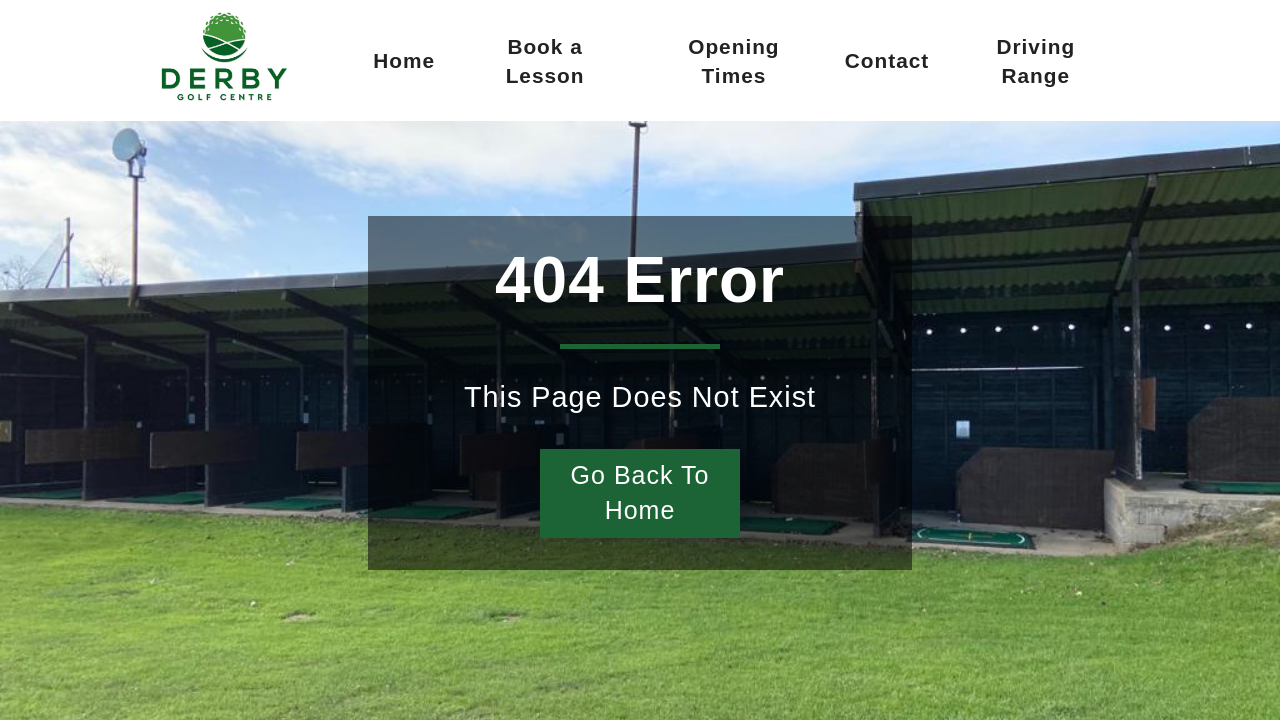
Repository: frankinstyyn/nigeljamesconsulting
Page: /contact
These files come from the project's save history. The page is drawn as it stood at one moment and after the next save; the edit follows.
The browser window is 1280 px wide. The pictures show the whole page.
Some web fonts or font styles are not loaded; a fallback is used. The project was rebuilt for these pictures with package versions that can differ from the ones it lists, and the page was loaded fresh each time. Also part of the build but not shown: src/pages/Home.js, src/pages/Lesson.js, src/pages/SingleRoom.js.

Above is the page before, as saved 2021-01-07 23:43:03.

### public/index.html
<!DOCTYPE html>
<html lang="en">
  <head>
    <meta charset="utf-8" />
    <link rel="icon" href="%PUBLIC_URL%/favicon.ico" />
    <meta name="viewport" content="width=device-width, initial-scale=1" />
    <meta name="theme-color" content="#000000" />
    <meta
      name="description"
      content="Web site created using create-react-app"
    />
    <link rel="apple-touch-icon" href="%PUBLIC_URL%/logo192.png" />
    <!--
      manifest.json provides metadata used when your web app is installed on a
      user's mobile device or desktop. See https://developers.google.com/web/fundamentals/web-app-manifest/
    -->
    <link rel="manifest" href="%PUBLIC_URL%/manifest.json" />
    <!--
      Notice the use of %PUBLIC_URL% in the tags above.
      It will be replaced with the URL of the `public` folder during the build.
      Only files inside the `public` folder can be referenced from the HTML.

      Unlike "/favicon.ico" or "favicon.ico", "%PUBLIC_URL%/favicon.ico" will
      work correctly both with client-side routing and a non-root public URL.
      Learn how to configure a non-root public URL by running `npm run build`.
    -->
    <title>Derby Golf Centre</title>
  </head>
  <body>
    <noscript>You need to enable JavaScript to run this app.</noscript>
    <div id="root"></div>
    <!--
      This HTML file is a template.
      If you open it directly in the browser, you will see an empty page.

      You can add webfonts, meta tags, or analytics to this file.
      The build step will place the bundled scripts into the <body> tag.

      To begin the development, run `npm start` or `yarn start`.
      To create a production bundle, use `npm run build` or `yarn build`.
    -->
  </body>
</html>

### src/index.js
import React from "react";
import ReactDOM from "react-dom";
import "./index.css";
import { BrowserRouter as Router } from "react-router-dom";
import App from "./App";
import reportWebVitals from "./reportWebVitals";

ReactDOM.render(
  <Router>
    <App />
  </Router>,
  document.getElementById("root")
);

// If you want to start measuring performance in your app, pass a function
// to log results (for example: reportWebVitals(console.log))
// or send to an analytics endpoint. Learn more: https://bit.ly/CRA-vitals
reportWebVitals();

### src/index.css
@import url("https://fonts.googleapis.com/css2?family=Darker+Grotesque:wght@300;800&display=swap");

body {
  margin: 0;
  font-family: -apple-system, BlinkMacSystemFont, "Segoe UI", "Roboto", "Oxygen",
    "Ubuntu", "Cantarell", "Fira Sans", "Droid Sans", "Helvetica Neue",
    sans-serif;
  -webkit-font-smoothing: antialiased;
  -moz-osx-font-smoothing: grayscale;
}

code {
  font-family: source-code-pro, Menlo, Monaco, Consolas, "Courier New",
    monospace;
}

### src/App.js
import "./App.css";
import Home from "./pages/Home";
import Lesson from "./pages/Lesson";
import SingleRoom from "./pages/SingleRoom";
import Error from "./pages/Error";

import { Route, Switch } from "react-router-dom";

import Navbar from "./components/Navbar";

function App() {
  return (
    <>
      <Navbar />
      <Switch>
        <Route exact path="/" component={Home} />
        <Route exact path="/lesson" component={Lesson} />
        <Route exact path="/lesson/:slug" component={SingleRoom} />
        <Route component={Error} />
      </Switch>
    </>
  );
}

export default App;

### src/App.css
* {
  margin: 0;
  padding: 0;
  box-sizing: border-box;
  font-family: "Darker Grotesque", sans-serif;
}
:root {
  --primaryColor: #1c6435;
  --mainWhite: #fff;
  --offWhite: #f7f7f7;
  --mainBlack: #222;
  --mainGrey: #ececec;
  --darkGrey: #cfcfcf;
  --mainTransition: all 0.3s linear;
  --mainSpacing: 1px;
  --lightShadow: 2px 5px 3px 0px rgba(0, 0, 0, 0.5);
  --darkShadow: 4px 10px 5px 0px rgba(0, 0, 0, 0.5);
}
/* globals */
body {
  padding-top: 66px;
  color: var(--mainBlack);
  background: var(--mainWhite);
  font-family: Verdana, Geneva, Tahoma, sans-serif;
  line-height: 1.4;
}
h1 {
  font-size: 3em;
  line-height: 1;
  margin-bottom: 0.5em;
}
h2 {
  font-size: 2em;
  margin-bottom: 0.75em;
}
h3 {
  font-size: 1.5em;
  line-height: 1;
  margin-bottom: 1em;
}
h4 {
  font-size: 1.2em;
  line-height: 1.25;
  margin-bottom: 1.25em;
}
h5 {
  font-size: 1em;
  font-weight: bold;
  margin-bottom: 1.5em;
}
h6 {
  font-size: 1em;
  font-weight: bold;
  margin-bottom: 1.5em;
}

.btn-primary {
  display: inline-block;
  text-decoration: none;
  letter-spacing: var(--mainSpacing);
  color: var(--mainWhite);
  background: var(--primaryColor);
  padding: 0.4rem 0.9rem;
  border: 3px solid var(--primaryColor);
  transition: var(--mainTransition);
  /* text-transform: uppercase; */
  cursor: pointer;
  width: 200px;
  font-size: 25px;
}
.btn-primary:hover {
  background: transparent;
  color: var(--primaryColor);
}
.loading {
  text-transform: capitalize;
  text-align: center;
  margin-top: 3rem;
}
.error {
  text-align: center;
  text-transform: uppercase;
  margin: 2rem 0;
}
.empty-search {
  text-align: center;
  text-transform: capitalize;
  margin: 2rem 0;
  padding: 1rem;
  letter-spacing: var(--mainSpacing);
}
/* end of globals */
/* Navbar */
.logo {
  height: 91px;
}
.navbar {
  position: fixed;
  top: 0;
  left: 0;
  width: 100%;
  padding: 0.75rem 2rem;
  background: var(--mainWhite);
  z-index: 1;
  display: inline-block;
  vertical-align: middle;
  text-align: center;
}
.nav-header {
  display: flex;
  justify-content: space-between;
}
.nav-btn {
  background: transparent;
  border: none;
  cursor: pointer;
  outline: none;
  color: red;
}
.nav-icon {
  font-size: 1.5rem;
  color: var(--primaryColor);
}
.nav-links {
  height: 0;
  overflow: hidden;
  transition: var(--mainTransition);
  list-style-type: none;
  align-items: center;
}
.nav-links a {
  display: block;
  text-decoration: none;
  padding: 1rem;
  color: var(--mainBlack);
  transition: var(--mainTransition);
  text-align: center;
  font-size: 1.3rem;
  font-weight: 600;
  letter-spacing: var(--mainSpacing);
}
.nav-links a:hover {
  color: var(--mainWhite);
  background: var(--primaryColor);
}

.show-nav {
  height: 310px;
}
@media screen and (min-width: 1028px) {
  .nav-btn {
    display: none;
  }
  .nav-center {
    max-width: 1170px;
    margin: 0 10%;
    display: flex;
  }
  .nav-links {
    height: auto;
    display: flex;
    margin-left: 4rem;
  }
  .nav-links a {
    /* margin: 0 1rem; */
    padding: 1rem;
  }
}
/* end of navbar */
/* Hero */
.defaultHero,
.lessonHero {
  min-height: calc(100vh - 66px);
  background: url("./images/defaultBcg.jpeg") center/cover no-repeat;
  display: flex;
  align-items: center;
  justify-content: center;
}
.lessonHero {
  background-image: url("./images/room-2.jpeg");
  /* min-height: 60vh; */
}
/* End of Hero */
/* Banner */
.banner {
  display: inline-block;
  background: rgba(0, 0, 0, 0.5);
  color: var(--mainWhite);
  padding: 2rem 1rem;
  text-align: center;
  text-transform: capitalize;
  letter-spacing: var(--mainSpacing);
}
.banner h1 {
  font-size: 2.5rem;
}
.banner div {
  width: 10rem;
  height: 5px;
  background: var(--primaryColor);
  margin: 1.7rem auto;
}
.banner p {
  font-size: 1.8rem;
  margin-bottom: 2rem;
}
@media screen and (min-width: 576px) {
  .banner {
    padding: 2rem 3rem;
  }
  .banner h1 {
    font-size: 3rem;
  }
}
@media screen and (min-width: 992px) {
  .banner {
    padding: 2rem 6rem;
  }
  .banner h1 {
    font-size: 4rem;
  }
}
/* End of Banner */
/* Title */
.section-title {
  text-align: center;
  margin-bottom: 4rem;
}
.section-title h4 {
  font-size: 2rem;
  letter-spacing: var(--mainSpacing);
  text-transform: capitalize;
  margin-bottom: 1rem;
}
.section-title div {
  width: 5rem;
  height: 5px;
  margin: 0 auto;
  background: var(--primaryColor);
}
/* end of Title */

/* services */
.services {
  padding: 5rem 0;
}
.services {
  background: var(--darkGrey);
  text-align: center;
}
.services-center {
  width: 90vw;
  margin: 0 auto;
  display: grid;
  grid-template-columns: repeat(auto-fit, minmax(255px, 1fr));
  grid-row-gap: 2rem;
  grid-column-gap: 50px;
}
.service span {
  display: inline-block;
  color: var(--primaryColor);
  font-size: 2.5rem;
  margin-bottom: 1.5rem;
}
.services h6 {
  letter-spacing: var(--mainSpacing);
}
.services p {
  width: 80%;
  margin: 0 auto;
}
@media screen and (min-width: 992px) {
  .services-center {
    width: 95vw;
    max-width: 1170px;
  }
}

@media screen and (min-width: 1200px) {
  .services p {
    width: 100%;
  }
}
/*end of services */
/* featured rooms */

.featured-rooms {
  padding: 5rem 0;
}
.featured-rooms-center {
  width: 80vw;
  margin: 0 auto;
  display: grid;
  grid-template-columns: repeat(auto-fit, minmax(270px, 1fr));
  grid-row-gap: 2rem;
  grid-column-gap: 40px;
}
@media screen and (min-width: 776px) {
  .featured-rooms-center {
    width: 90vw;
    grid-template-columns: repeat(auto-fit, minmax(330px, 1fr));
  }
}
@media screen and (min-width: 992px) {
  .featured-rooms-center {
    width: 95vw;
    max-width: 1170px;
  }
}
/* end pf featured rooms */
/* room */
.room {
  box-shadow: var(--lightShadow);
  transition: var(--mainTransition);
}
.room:hover {
  box-shadow: var(--darkShadow);
}

.img-container {
  position: relative;
}
.img-container img {
  width: 100%;
  display: block;
  transition: var(--mainTransition);
}
.price-top {
  position: absolute;
  top: 0;
  left: 0;
  background: rgba(0, 0, 0, 0.8);
  color: var(--mainWhite);
  padding: 0.3rem 0.6rem 0.5rem;
  border-bottom-right-radius: 1rem;
  font-size: 0.5rem;
  text-align: center;
  transition: var(--mainTransition);
}
.price-top h6 {
  margin-bottom: 0;
  font-size: 0.9rem;
  font-weight: 300;
  letter-spacing: var(--mainSpacing);
}
.room-link {
  position: absolute;
  top: 50%;
  left: 50%;
  transform: scale(0);
  transition: all 0.3s linear;
}
.img-container:hover {
  background: rgba(0, 0, 0, 0.8);
}
.img-container:hover img {
  opacity: 0.3;
}
.img-container:hover .price-top {
  opacity: 0;
}
.img-container:hover .room-link {
  transform: translate(-50%, -50%) scale(1);
}
.room-info {
  background: var(--darkGrey);
  text-transform: capitalize;
  padding: 0.5rem 0;
  text-align: center;
  font-weight: 700;
  letter-spacing: var(--mainSpacing);
}
/* end of room  */
/* single room*/

.single-room {
  padding: 5rem 0 0 0;
}
.single-room-images {
  width: 80vw;
  margin: 0 auto;
  display: grid;
  grid-template-columns: repeat(auto-fit, minmax(350px, 1fr));
  grid-row-gap: 2rem;
  grid-column-gap: 50px;
}
.single-room-images img {
  width: 100%;
  display: block;
}
.single-room-info {
  width: 80vw;
  display: grid;
  grid-template-columns: 1fr;
  margin: 2rem auto;
}
.desc,
.info {
  margin: 1rem 0;
}
.desc h3 {
  text-transform: capitalize;
  letter-spacing: var(--mainSpacing);
}
.desc p {
  line-height: 1.5;
}
.info h3,
.info h6 {
  text-transform: capitalize;
  letter-spacing: var(--mainSpacing);
}

.info h6 {
  font-weight: 300;
}
.room-extras {
  width: 80vw;
  margin: 0 auto 3rem auto;
}
.room-extras h6 {
  text-transform: capitalize;
  letter-spacing: var(--mainSpacing);
}
.extras {
  list-style-type: none;
  display: grid;
  grid-template-columns: repeat(auto-fit, minmax(330px, 1fr));
  grid-column-gap: 2rem;
  grid-row-gap: 1rem;
}
@media screen and (min-width: 992px) {
  .single-room-images,
  .single-room-info,
  .room-extras {
    width: 95vw;
    max-width: 1170px;
  }
  .single-room-info {
    display: grid;
    grid-template-columns: 1fr 1fr;
    grid-column-gap: 2rem;
  }
  .info {
    padding-left: 3rem;
  }
}
/* end of single room*/
/* roomlist */
.roomslist {
  padding: 5rem 0;
}
.roomslist-center {
  width: 80vw;
  margin: 0 auto;
  display: grid;
  grid-template-columns: repeat(auto-fill, minmax(270px, 1fr));
  grid-row-gap: 2rem;
  grid-column-gap: 30px;
}

@media screen and (min-width: 776px) {
  .roomslist-center {
    width: 90vw;
  }
}
@media screen and (min-width: 992px) {
  .roomslist-center {
    width: 95vw;
    max-width: 1170px;
  }
}
/* end of roomlist */
/*  rooms fitler*/
.filter-container {
  padding: 5rem 0;
}
.filter-form {
  width: 60vw;
  margin: 0 auto;
  display: grid;
  grid-template-columns: repeat(auto-fit, minmax(202px, 1fr));
  grid-row-gap: 2rem;
  grid-column-gap: 40px;
}
.form-group {
  text-transform: capitalize;
}
.form-group label {
  display: block;
  letter-spacing: var(--mainSpacing);
  margin-bottom: 0.5rem;
}
.form-control {
  width: 100%;
  background: transparent;
  font-size: 1rem;
}
.size-inputs {
  display: flex;
}
.size-input {
  width: 40%;
  padding: 0.2rem;
  border: 1px solid var(--mainBlack);
  border-radius: 0.3rem;
  margin-right: 0.3rem;
}
.single-extra label {
  display: inline-block;
  font-size: 0.8rem;
  margin-left: 0.5rem;
}
@media screen and (min-width: 776px) {
  .filter-form {
    width: 70vw;
  }
}
@media screen and (min-width: 992px) {
  .filter-form {
    width: 95vw;
    max-width: 1170px;
  }
}
/* end of rooms fitler*/

### src/pages/Error.js
import React from "react";
import Hero from "../components/Hero"
import Banner from "../components/Banner";
import { Link } from "react-router-dom";

export default function Home() {
  return (
    <Hero hero="defaultHero" >
      <Banner title="404 Error" subtitle="This page does not exist">
        <Link to="/" className="btn-primary">
          Go Back to Home
      </Link>
      </Banner>
    </Hero>
  );
};

### src/components/Navbar.js
import React, { Component } from "react";
// import { IoGolf } from "react-icons/io5";
import logo from "../images/sdrlogo.jpeg";
import { FaAlignRight } from "react-icons/fa";
import { Link } from "react-router-dom";

export default class Navbar extends Component {
  state = {
    isOpen: false,
  }
  handleToggle = () => {
    this.setState({ isOpen: !this.state.isOpen });
  }
  render() {
    return <nav className="navbar">
      <div class="nav-center">
        <div class="nav-header">
          <Link to="/">
            <img className="logo" src={logo} alt="Derby Golf Centre" />
          </Link>
          <button type="button" className="nav-btn" onClick={this.handleToggle}>
            <FaAlignRight className="nav-icon" />
          </button>
        </div>
        <ul className={this.state.isOpen ? "nav-links show-nav" : "nav-links"}>
          <li>
            <Link to="/">Home</Link>
          </li>
          <li>
            <Link to="/lesson">Book a Lesson</Link>
          </li>
          <li>
            <Link to="/opening-times">Opening Times</Link>
          </li>
          <li>
            <Link to="/contact">Contact</Link>
          </li>
          <li>
            <Link to="/driving-range">Driving Range</Link>
          </li>
        </ul>
      </div>
    </nav>;
  }
}

### src/components/Hero.js
import React from 'react'

export default function Hero({children, hero}) {
    return (
        <header className={hero}>{children}</header>
    )
}

### src/components/Banner.js
import React from 'react'

export default function Banner({children,title,subtitle}) {
    return (
        <div className="banner">
            <h1>{title}</h1>
            <div></div>
            <p>{subtitle}</p>
            {children}
        </div>
    )
}

Loaded but not shown: src/reportWebVitals.js (common file)

After the next save:
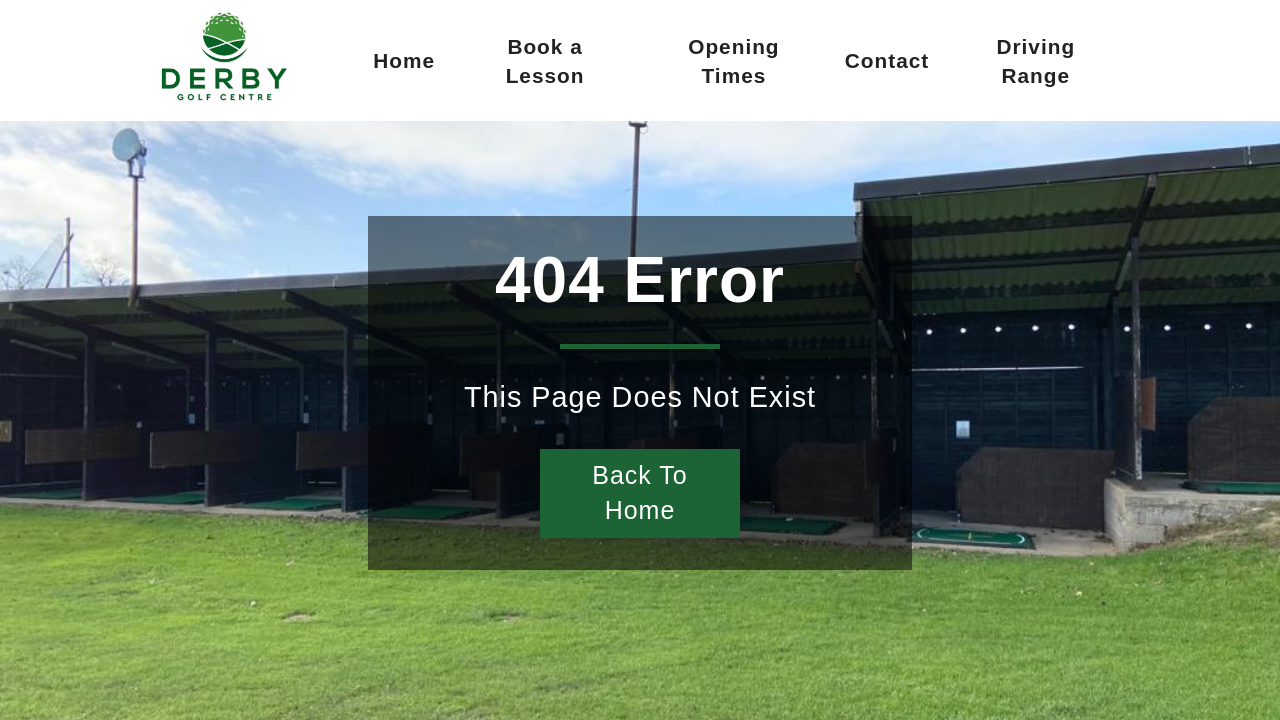
Saved 27 s later.
--- a/src/pages/Error.js
+++ b/src/pages/Error.js
@@ -8,7 +8,7 @@
     <Hero hero="defaultHero" >
       <Banner title="404 Error" subtitle="This page does not exist">
         <Link to="/" className="btn-primary">
-          Go Back to Home
+          Back to Home
       </Link>
       </Banner>
     </Hero>
